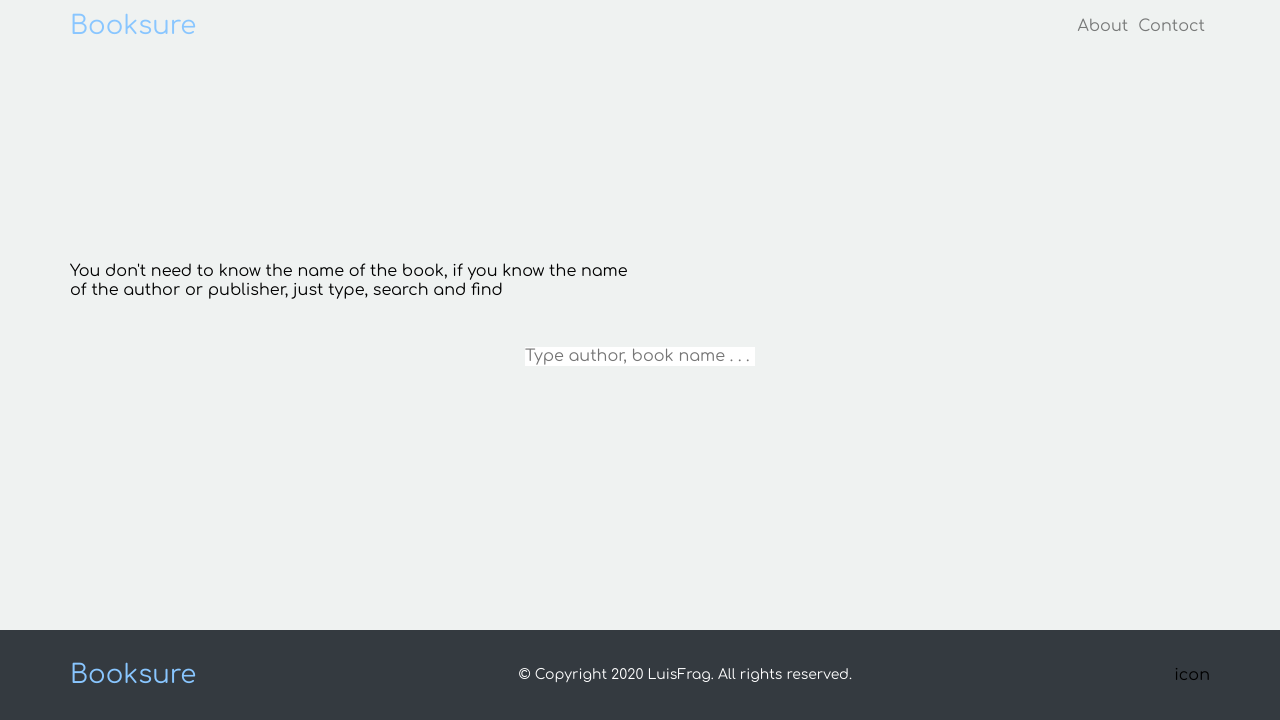
Repository: changesxxx/searchBooks
Page: /search
These files come from the project's save history. The page is drawn as it stood at one moment and after the next save; the edit follows.
The browser window is 1280 px wide. The pictures show the whole page.
The project was rebuilt for these pictures with package versions that can differ from the ones it lists, and the page was loaded fresh each time. Also part of the build but not shown: craco.config.js.

Above is the page before, as saved 2024-06-24 17:47:58.

After the next save:
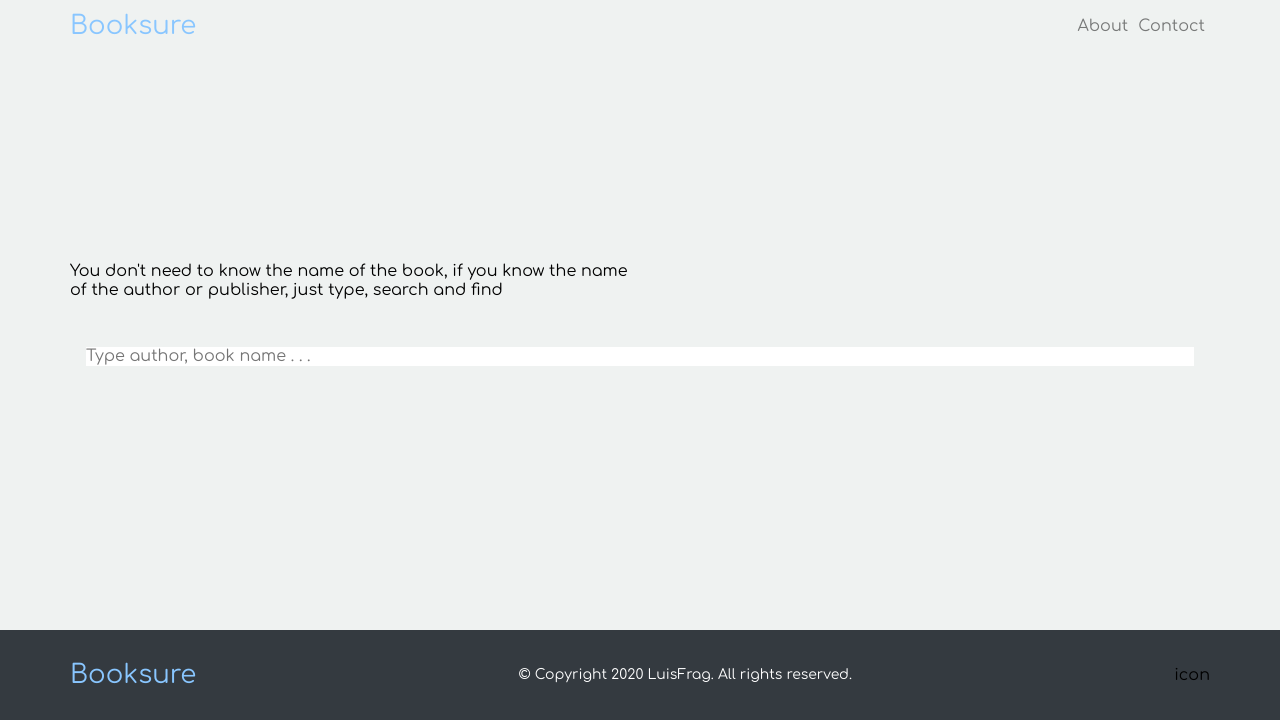
Saved 17 s later.
--- a/src/view/search/style.js
+++ b/src/view/search/style.js
@@ -17,6 +17,11 @@ const searchWrapper = styled.div`
   .input {
     padding: 48px 16px;
     text-align: center;
+
+    .search-input {
+      display: block;
+      width: 100%;
+    }
   }
 `
 
